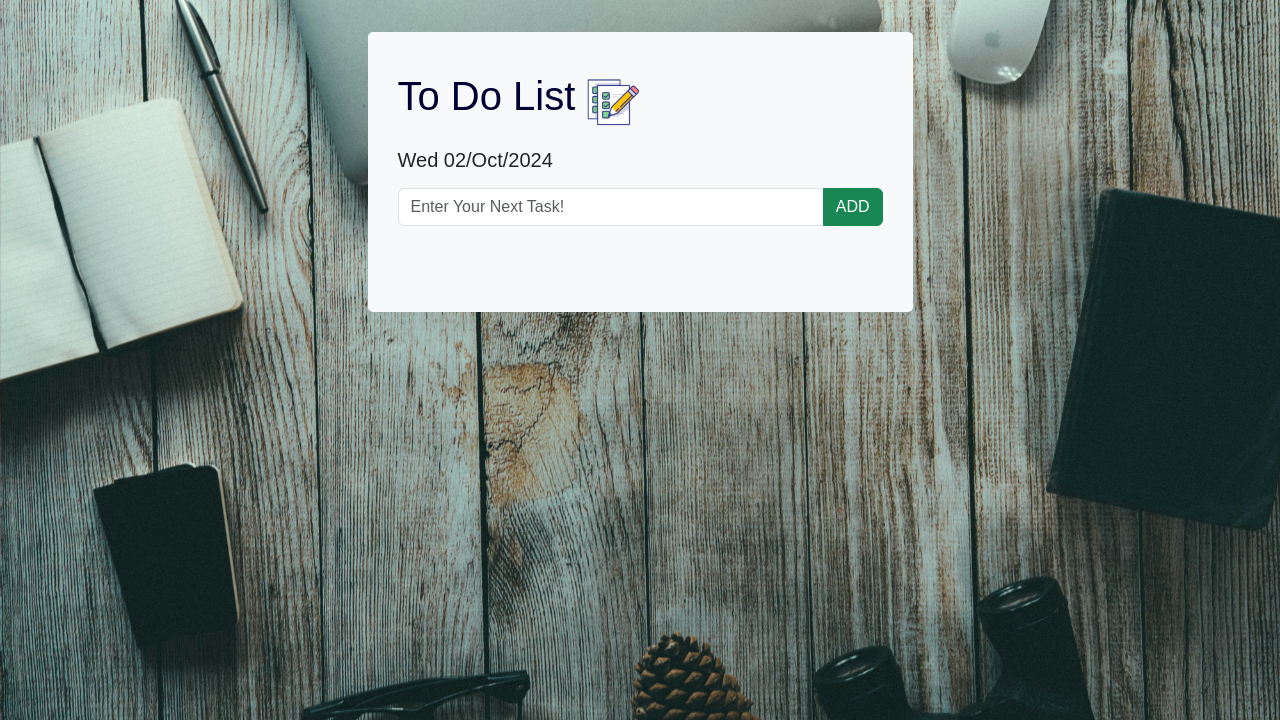
Repository: zeinawady/To_Do_List
Page: index.html
These files come from the project's save history. The page is drawn as it stood at one moment and after a run of saves; the edit follows.
The browser window is 1280 px wide. The pictures show the whole page.
Some web libraries are served in a nearby version.

Above is the page before, as saved 2024-10-02 03:01:50.

After the next 2 saves:
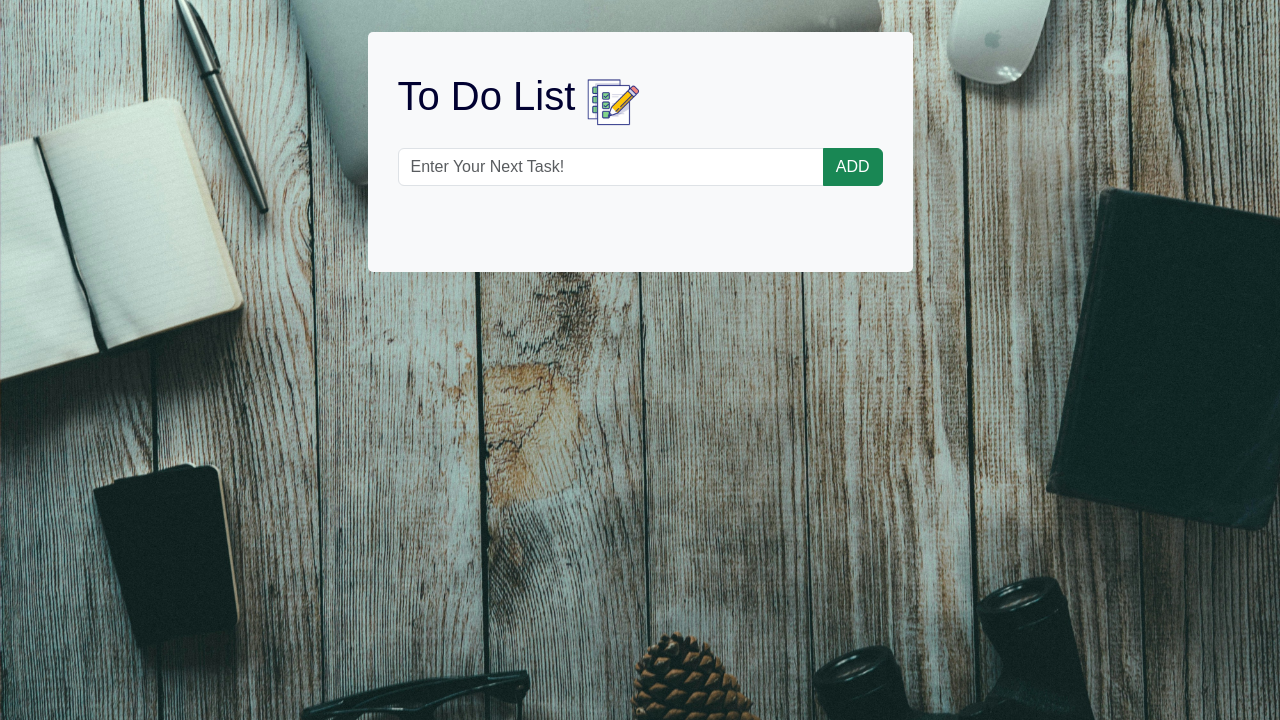
Console error: ReferenceError: con is not defined
The 2 saves are shown as one change because they came seconds apart.
The last was saved 24 s later.
--- a/script.js
+++ b/script.js
@@ -61,7 +61,8 @@
 function displayDate() {
     let date = new Date();
     date = date.toString().split(" ");
-    //
+    con
+    //split the date to string to take from it the important info only
     currentDate.innerHTML = date[0] + " " + date[2] + '/' + date[1] + '/' + date[3];
     console.log();
 }

After the 2 saves that followed:
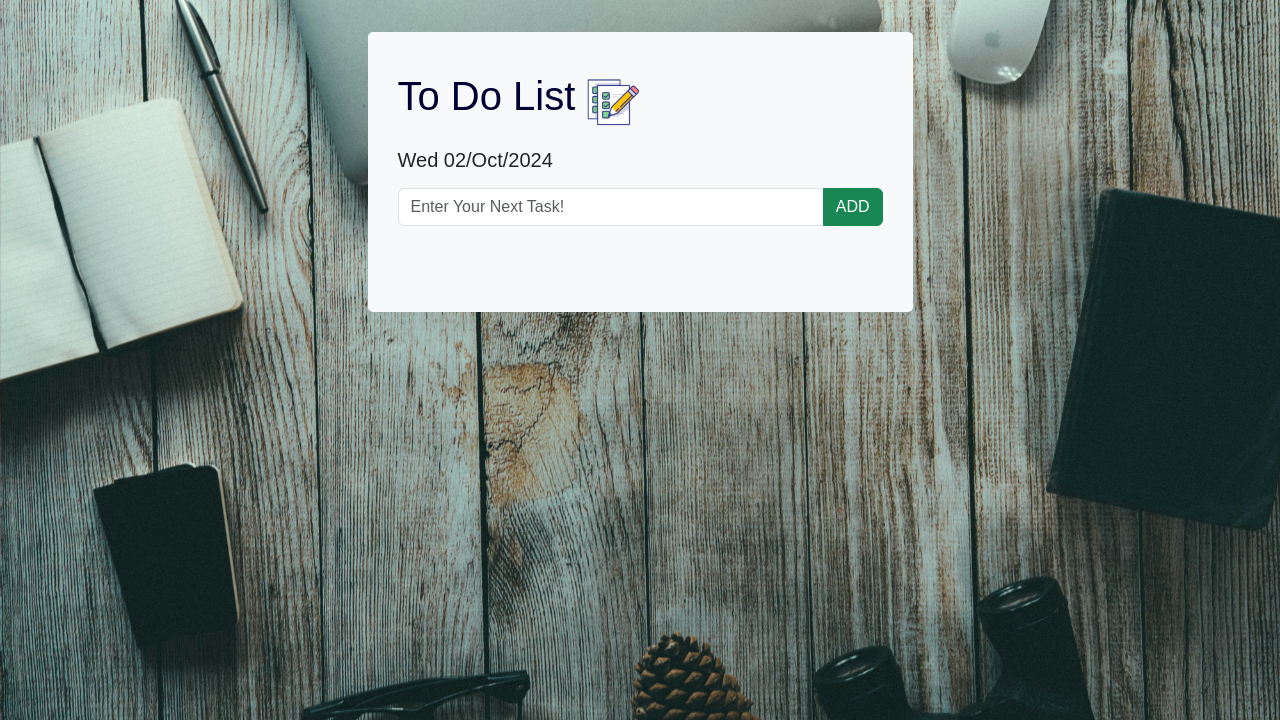
The error is gone.
The 2 saves are shown as one change because they came seconds apart.
The last was saved 6 s later.
--- a/script.js
+++ b/script.js
@@ -61,7 +61,7 @@
 function displayDate() {
     let date = new Date();
     date = date.toString().split(" ");
-    con
+    console.log(date);
     //split the date to string to take from it the important info only
     currentDate.innerHTML = date[0] + " " + date[2] + '/' + date[1] + '/' + date[3];
     console.log();
